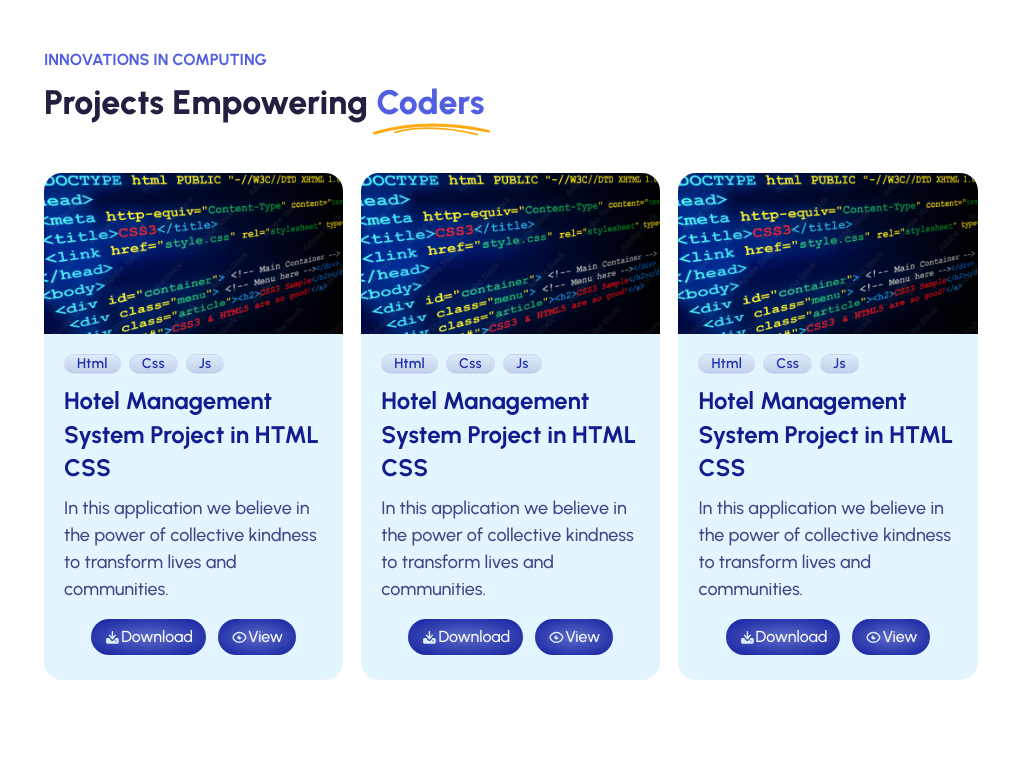
Repository: sharma171/jtccreativeideas
Page: /newsection (app in nextjssite/)
The author's editor kept a copy of each file at every save. The page is drawn from the files as they stood at one save, then again after the next save.
The browser window is 1024 px wide. The pictures show the whole page.
The project was rebuilt for these pictures with package versions that can differ from the ones it lists, and the page was loaded fresh each time. The framework's server and built-in components were replaced by stand-ins that run in the browser. Also part of the build but not shown: nextjssite/next.config.mjs.

Above is the page before, as saved 2024-03-28 16:26:06.

### nextjssite/src/app/layout.js
// import { Inter } from "next/font/google";
// import "./globals.css";
import 'bootstrap/dist/css/bootstrap.min.css';

// const inter = Inter({ subsets: ["latin"] });

export const metadata = {
  title: "Create Next App",
  description: "Generated by create next app",
};

 const RootLayout = ({ children }) => {
  return (
    <html lang="en">
      <body>
        {/* Layout UI */}
        <main>{children}</main>
      </body>
    </html>
  )
}
export default RootLayout;

### nextjssite/src/app/newsection/page.jsx
import React from 'react'
import "./page.css"
import Headicon from "./after-head-icon.svg"
import Image from 'next/image'
import Link from 'next/link'
import Projimg1 from './images/projsection1.png'
import Projimg2 from './images/projsection2.png'
import Projimg3 from './images/projsection3.png'
import Downloadicon from './images/Download-icon.svg'
import Viewicon from './images/view-icon.svg'
const Page = () => {
    return(
        <>
        <section className="projects">
            <div className="container">
                <div className="col-flex main-head">
                    <h5 className="small-head">Innovations in Computing</h5>
                    <h3 className="bghead">Projects Empowering <span>Coders
                        <Image src={Headicon}></Image></span></h3>
                </div>
                <ul className="project-cards">
                    <li>

                        <div className="card-inner">
                            <Image src={Projimg1} alt="project" className="thumb"></Image>
                            <div className="info">
                                <div className="tech-info">
                                    <span>Html</span>
                                    <span>Css</span>
                                    <span>Js</span>
                                </div>
                                <Link href="/newsection" className="text-link">
                                    <h3 className="heading">
                                        Hotel Management System Project in HTML CSS
                                    </h3>
                                </Link>
                                <p className="cardpara">
                                    In this application we believe in the power of collective kindness to transform lives and communities.
                                </p>
                                <div className="card-button">
                                    <a href="" className="bot-button">
                                        <Image src={Downloadicon} alt='icon'></Image>
                                        Download
                                    </a>
                                    <a href="" className="bot-button">
                                        <Image src={Viewicon} alt='icon'></Image>
                                        View
                                    </a>
                                </div>
                            </div>
                        </div>
                    </li>
                    <li>

                            <div className="card-inner">
                                <Image src={Projimg1} alt="project" className="thumb"></Image>
                                <div className="info">
                                    <div className="tech-info">
                                        <span>Html</span>
                                        <span>Css</span>
                                        <span>Js</span>
                                    </div>
                                    <Link href="/newsection" className="text-link">
                                        <h3 className="heading">
                                            Hotel Management System Project in HTML CSS
                                        </h3>
                                    </Link>
                                    <p className="cardpara">
                                        In this application we believe in the power of collective kindness to transform lives and communities.
                                    </p>
                                    <div className="card-button">
                                        <a href="" className="bot-button">
                                            <Image src={Downloadicon} alt='icon'></Image>
                                            Download
                                        </a>
                                        <a href="" className="bot-button">
                                            <Image src={Viewicon} alt='icon'></Image>
                                            View
                                        </a>
                                    </div>
                                </div>
                            </div>
                    </li>
                    <li>

                            <div className="card-inner">
                                <Image src={Projimg1} alt="project" className="thumb"></Image>
                                <div className="info">
                                    <div className="tech-info">
                                        <span>Html</span>
                                        <span>Css</span>
                                        <span>Js</span>
                                    </div>
                                    <Link href="/newsection" className="text-link">
                                        <h3 className="heading">
                                            Hotel Management System Project in HTML CSS
                                        </h3>
                                    </Link>
                                    <p className="cardpara">
                                        In this application we believe in the power of collective kindness to transform lives and communities.
                                    </p>
                                    <div className="card-button">
                                        <a href="" className="bot-button">
                                            <Image src={Downloadicon} alt='icon'></Image>
                                            Download
                                        </a>
                                        <a href="" className="bot-button">
                                            <Image src={Viewicon} alt='icon'></Image>
                                            View
                                        </a>
                                    </div>
                                </div>
                            </div>
                    </li>
                </ul>
            </div>
        </section>
        <section className="project-category">
            <div className="container">

            </div>
        </section>
        </>
    )
}
export default Page;

### nextjssite/src/app/newsection/page.css
@import url('https://fonts.googleapis.com/css2?family=Urbanist:ital,wght@0,100..900;1,100..900&display=swap');
* {
    font-family: 'Urbanist', sans-serif;
    font-optical-sizing: auto;
}

section.projects {
    padding: 50px 0;
}
.main-head .small-head {
    color: #525fe1;
    font-size: 16px;
    font-weight: 700;
    text-transform: uppercase;
}
.main-head .bghead {
    color: #231f40;
    font-size: 34px;
    line-height: 1.5em;
    font-weight: 800;
}
.main-head .bghead span {
    color: #525fe1;
    position: relative;
}
.main-head .bghead span img {
    position: absolute;
    top: 100%;
    left: -5.9999999999999964px;
    width: 122.29999999999994px;
    height: 12.600000000000012px;
}
.project-cards {
    padding: 0;
    margin: 45px 0;
    list-style: none;
    display: flex;
    flex-direction: row;
    gap: 45px;
}
.project-cards li {
    width: calc(33.33333333333333% - 30px);
    border-radius: 18px;
    background: #E3F5FF;
}
.project-cards li .card-inner {
    display: flex;
    flex-direction: column;
    width: 100%;
    border-top-left-radius: 18px;
    border-top-right-radius: 18px;
}
.project-cards li .card-inner .thumb {
    width: 100%;
    max-width: 100%;
    height: auto;
    object-fit: cover;
    border-top-left-radius: 18px;
    border-top-right-radius: 18px;
}
.project-cards li .card-inner .info {
    padding: 20px 20px;
    display: flex;
    flex-direction: column;
    gap: 10px;
}

.project-cards li .card-inner .info .tech-info {
    display: flex;
    flex-direction: row;
    align-items: center;
    gap: 12px;
}
.project-cards li .card-inner .info .tech-info span {
    height: 25px;
    font-size: 16px;
    color: #222FB0;
    padding: 0 15px;
    font-weight: 600;
    letter-spacing: 0.3px;
    line-height: 16px;
    background: linear-gradient(181deg, #d2d7f152, #C0D0E7);
    align-content: center;
    border-radius: 19px;
    border: 1px solid #ccd3fbc2;
}
.project-cards li .card-inner .info .text-link {
    text-decoration: none;
}
.project-cards li .card-inner .info .heading {
    font-size: 24px;
    line-height: 1.4em;
    font-weight: 700;
    color: #111D8F;
    margin: 0;
}
.project-cards li .card-inner .info .cardpara {
    font-size: 18px;
    line-height: 1.5em;
    font-weight: 500;
    color: #444487;
    margin: 0 0 6px 0;
}
.project-cards li .card-inner .info .card-button {
    display: flex;
    flex-direction: row;
    align-items: center;
    justify-content: center;
    gap: 12px;
    margin-bottom: 5px;
}
.project-cards li .card-inner .info .card-button .bot-button {
    background: radial-gradient(#5C6AC8, #121F9F);
    padding: 6px 13px;
    font-size: 16px;
    line-height: 1.5em;
    align-content: center;
    border-radius: 20px;
    text-decoration: none;
    color: #fff;
    font-weight: 500;
}
@media (max-width: 1200px) and (min-width:992px){
    .project-cards li .card-inner .info .tech-info span{
        font-size: 14px;
        padding: 0 12px;
        height: 20px;
    }
    .project-cards li .card-inner .info .tech-info {
        gap: 8px;
    }
    .project-cards {
        gap:18px;

    }
    .project-cards li {
        width: calc(33.33333333333333% - 12.8px);
    }
}

After the next save:
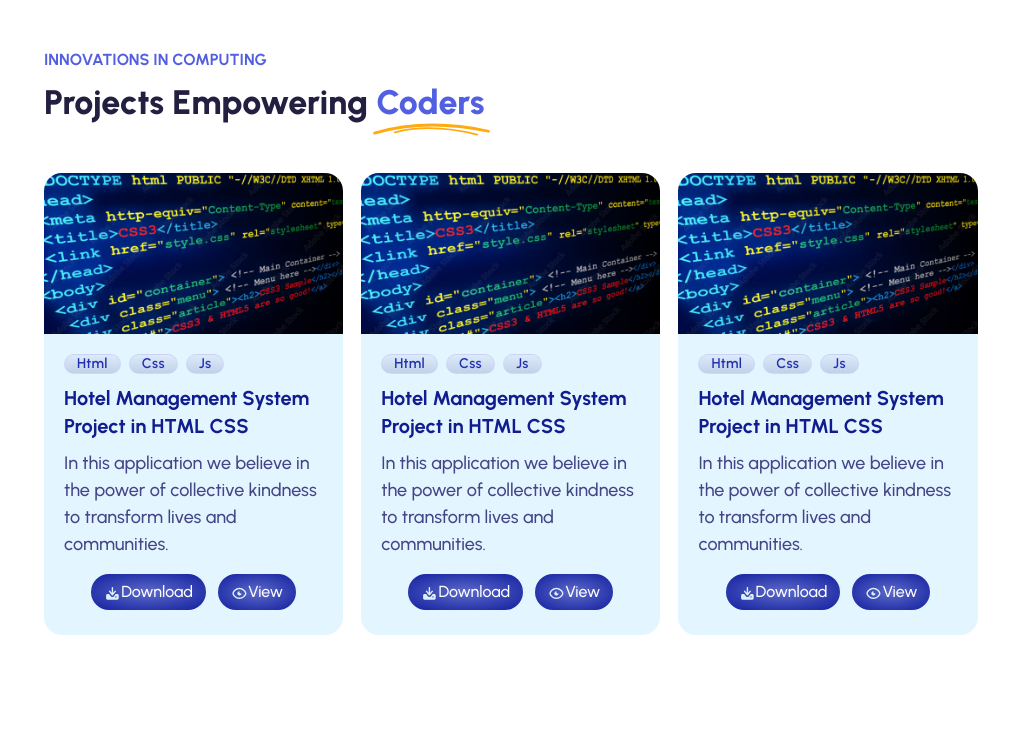
Saved 28 s later.
--- a/nextjssite/src/app/newsection/page.css
+++ b/nextjssite/src/app/newsection/page.css
@@ -129,6 +129,9 @@ section.projects {
     .project-cards li .card-inner .info .tech-info {
         gap: 8px;
     }
+    .project-cards li .card-inner .info .heading {
+        font-size: 20px;
+    }
     .project-cards {
         gap:18px;
 
